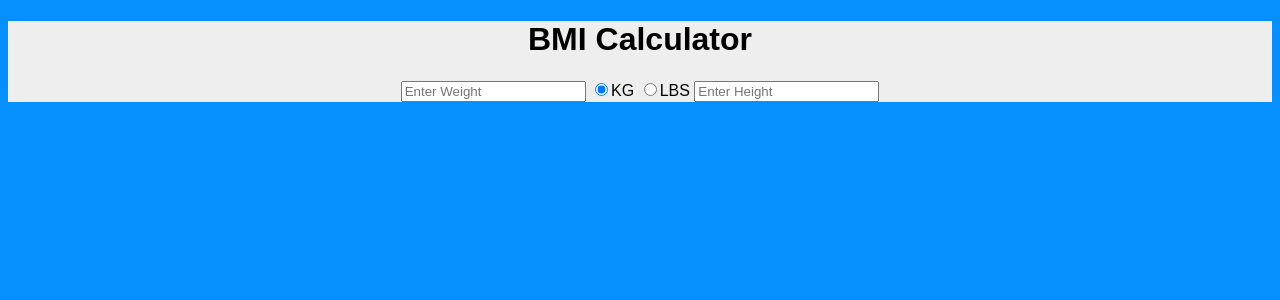
Repository: shayanabedi98/bmi-calculator
Page: index.html
The author's editor kept a copy of each file at every save. The page is drawn from the files as they stood at one save, then again after the next save.
The browser window is 1280 px wide. The pictures show the whole page.

Above is the page before, as saved 2023-07-24 13:26:15.

After the next save:
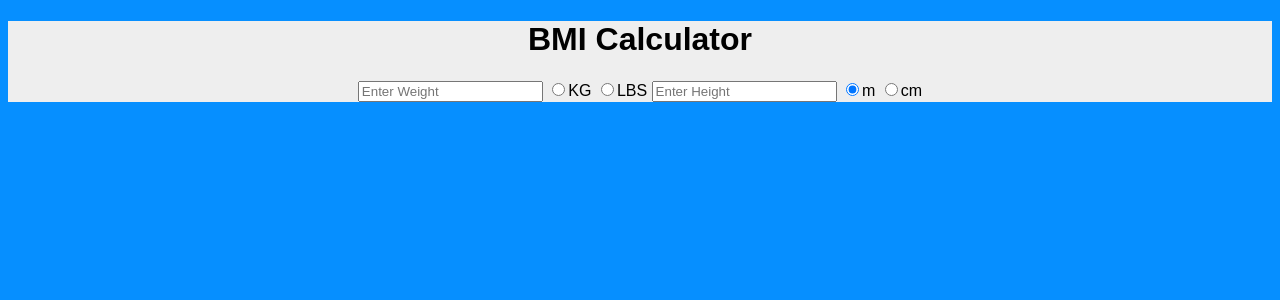
Saved 41 s later.
--- a/index.html
+++ b/index.html
@@ -14,6 +14,8 @@
             <input type="radio" name="weight" checked><span>KG</span>
             <input type="radio" name="weight"><span>LBS</span>
             <input type="number" placeholder="Enter Height">
+            <input type="radio" name="weight" checked><span>m</span>
+            <input type="radio" name="weight"><span>cm</span>
         </div>
         <div class="bmi-chart">
 
